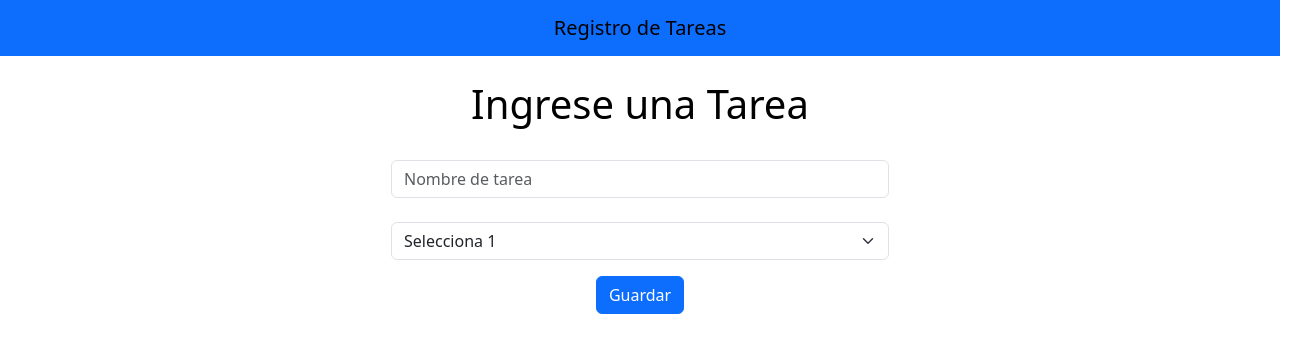
Repository: mgarrido0gb/registroTareas
Page: http://localhost/Tareas/Home
An editor plug-in stored every save of this project. The page is shown before and after the next save, followed by the edit.
The browser window is 1280 px wide. The page is 1292 px wide, so the pictures cover 1292 px, including what lies to the right of the window. The pictures show the whole page.
The page is served by Tomcat 10. Other server files are loaded and not shown. Queries for data that is not in the repository find no rows.

Above is the page before, as saved 2024-05-21 22:29:31.

### Tareas/src/main/webapp/WEB-INF/home.jsp
<%@page import="models.Categoria"%>
<%@page import="models.Tarea"%>
<%@ page language="java" contentType="text/html; charset=ISO-8859-1"
    pageEncoding="ISO-8859-1" import="java.util.ArrayList" import="models.Tarea" import="models.Categoria"%>
<!doctype html>
<html lang="en">
  <head>
    <meta charset="utf-8">
    <meta name="viewport" content="width=device-width, initial-scale=1">
    <title>Registro Tareas</title>
    <link href="https://cdn.jsdelivr.net/npm/bootstrap@5.3.3/dist/css/bootstrap.min.css" rel="stylesheet" integrity="sha384-QWTKZyjpPEjISv5WaRU9OFeRpok6YctnYmDr5pNlyT2bRjXh0JMhjY6hW+ALEwIH" crossorigin="anonymous">
    <style type="text/css">
    	body{
    		background-color: white;
    		color: black;
    	}

    	li{
    		color: black;
    	}







    </style>

  </head>
  <body>
  	<%
  		ArrayList<Categoria> cats = (ArrayList<Categoria>)request.getAttribute("cats");
  		ArrayList<Tarea> tareas = (ArrayList<Tarea>)request.getAttribute("tareas");

  	%>
  	<nav class="navbar navbar-expand-lg bg-primary">
    	<div class="container-fluid">
        	<a class="navbar-brand mx-auto" id="titulo" href="#">Registro de Tareas</a>
    	</div>
	</nav>

    <div class="container">
    	<div class="row justify-content-center">
        	<div class="col-12 col-md-9 col-lg-6">
            	<form action="/Tareas/Home" method="post">
                	<div class="p-4">
                    	<h1 class="text-center">Ingrese una Tarea</h1>
                    	<br>
                    	<div class="form-group">
                        	<input class="form-control" placeholder="Nombre de tarea" name="texto" type="text" required>
                    	</div>
                    	<br>
                    	<div class="col-12">
              				<select class="form-select" name="categoria_id" required>
                				<option selected value required>Selecciona 1</option>
                					<% for (Categoria c: cats) { %>
                						<option value="<%=c.id %>"><%=c.nombre %></option>
                					<% } %>
              				</select>
     					</div>
                    	<div class="text-center mt-3">
                        	<input type="submit" value="Guardar" class="btn btn-primary" onclick="mensaje()">
                    	</div>
                	</div>

            	</form>
        	</div>
    	</div>
	</div>






   <div class="row">
   		<div class="col-6 offset-3 d-block m-auto m-0 p-2 col-md-3">


    			<% for (Tarea t: tareas) { %>
    				<ul class="list-group text-center">
    					<li <% if (t.completada == true){ %>class="text-decoration-line-through text-danger"<% } %> class="list-group-item text-center">
    		 				<h5>Agregada el: <%=t.fecha %></h5>
    		 				<h6 class="text-center">(<%=t.texto%>)</h6>
    		 				<a href="/Tareas/CheckearTarea?id=<%=t.id%>"><img src="https://img.icons8.com/?size=48&id=sz8cPVwzLrMP&format=png" class="logotipo" onclick="check()" ></img></a>
    		 				<a href="/Tareas/GestionTarea?id=<%=t.id%>"><img src="https://img.icons8.com/?size=48&id=pre7LivdxKxJ&format=png" class="logotipo" onclick="eliminar()"></img></a>
    					</li>
    				<br>
    			<%}%>
    		</ul>

   		</div>
   </div>


   <script type="text/javascript">


   	function mensaje(){
   		alert("Tarea Agregada con éxito");
   	}

   	function eliminar(){
   		alert("Tarea eliminada con éxito");
   	}

   	function check(){
   		alert("Tarea Realizada con éxito");
   	}

   </script>
    <script src="https://cdn.jsdelivr.net/npm/bootstrap@5.3.3/dist/js/bootstrap.bundle.min.js" integrity="sha384-YvpcrYf0tY3lHB60NNkmXc5s9fDVZLESaAA55NDzOxhy9GkcIdslK1eN7N6jIeHz" crossorigin="anonymous"></script>
  </body>
</html>

### Tareas/src/main/java/servlets/Home.java
package servlets;

import jakarta.servlet.RequestDispatcher;
import jakarta.servlet.ServletException;
import jakarta.servlet.annotation.WebServlet;
import jakarta.servlet.http.HttpServlet;
import jakarta.servlet.http.HttpServletRequest;
import jakarta.servlet.http.HttpServletResponse;
import models.Categoria;
import models.Tarea;

import java.io.IOException;
import java.sql.SQLException;
import java.util.ArrayList;

import daos.CategoriaDao;
import daos.TareaDao;


/**
 * Servlet implementation class Home
 */
public class Home extends HttpServlet {
	private static final long serialVersionUID = 1L;

    /**
     * Default constructor.
     */
    public Home() {
        // TODO Auto-generated constructor stub
    }

	/**
	 * @throws IOException
	 * @throws ServletException
	 * @see HttpServlet#doGet(HttpServletRequest request, HttpServletResponse response)
	 */
	protected void doGet(HttpServletRequest request, HttpServletResponse response) throws ServletException, IOException  {
		// TODO Auto-generated method stub
		try {
			ArrayList<Tarea> tareas = TareaDao.getAll();
			System.out.println(tareas);
			request.setAttribute("tareas", tareas);

			ArrayList<Categoria> cats = CategoriaDao.getAll();
			request.setAttribute("cats", cats);
		} catch(SQLException e) {
			System.out.println(e);
		}


		// 2. Cargamos el JSP
		RequestDispatcher vista = request.getRequestDispatcher("WEB-INF/home.jsp");
		vista.forward(request, response);
	}

	/**
	 * @see HttpServlet#doPost(HttpServletRequest request, HttpServletResponse response)
	 */
	protected void doPost(HttpServletRequest request, HttpServletResponse response) throws ServletException, IOException {
		// TODO Auto-generated method stub
		String textoNuevaTarea = request.getParameter("texto");
		int categoria_id = Integer.parseInt(request.getParameter("categoria_id"));
		try {
			TareaDao.addNew(textoNuevaTarea,categoria_id);

		} catch (SQLException e) {
			// TODO Auto-generated catch block
			e.printStackTrace();
		}


		response.sendRedirect("/Tareas/Home");
	}

}

### Tareas/src/main/java/daos/TareaDao.java
package daos;

import java.sql.Connection;
import java.sql.PreparedStatement;
import java.sql.ResultSet;
import java.sql.SQLException;
import java.sql.Statement;
import java.util.ArrayList;

import models.Categoria;
import models.MyConn;
import models.Tarea;

public class TareaDao {

	static public void addNew(String textoNuevaTarea, int categoria_id) throws SQLException {
		//1.-  nueva conexion
		Connection conn = MyConn.getConnection();
		//2.- consulta
		PreparedStatement consulta =conn.prepareStatement("INSERT INTO TAREAS (texto,categoria_id) values(?,?)");
		consulta.setString(1, textoNuevaTarea);
		consulta.setInt(2, categoria_id);
		consulta.execute();
	}

	static public void deleteById (int idTarea) throws SQLException {
		// 1. Pedimos una conexion nueva
		Connection conn = MyConn.getConnection();
		// 2. Creamos la consulta
		PreparedStatement stmt = conn.prepareStatement(
			"delete from tareas where id=?"
		);
		stmt.setInt(1, idTarea);
		// 3. Ejecutar la stmt
		stmt.executeUpdate();
	  }

	static public void checkById (int idTarea) throws SQLException {
		// 1. Pedimos una conexion nueva
		Connection conn = MyConn.getConnection();
		// 2. Creamos la consulta
		PreparedStatement stmt = conn.prepareStatement(
			"update tareas set completada = true where id = ?"
		);
		stmt.setInt(1, idTarea);
		// 3. Ejecutar la stmt
		stmt.executeUpdate();
	  }





	static public ArrayList<String> get_textos () throws SQLException {
		// 1. Creamos un ArrayList vacío
		ArrayList<String> textos = new ArrayList<String>();
		// 2. Pedimos una conección nueva
		Connection conn = MyConn.getConnection();
		// 3. Creamos y ejecutamos la consulta
		Statement consulta = conn.createStatement();
		ResultSet respuesta = consulta.executeQuery("select * from tareas ");

		// 4. Vamos llenando el ArrayList con lo que tenga la respuesta
		while (respuesta.next()) {
		  textos.add( respuesta.getString("texto") );
		}
		// 5. Retornamos el ArrayList, ahora lleno
		return textos;
	  }



	static public ArrayList<Tarea> getAll () throws SQLException {
		// 1. Creamos un ArrayList vacío
		ArrayList<Tarea> tareas = new ArrayList<Tarea>();
		// 2. Pedimos una conección nueva
		Connection conn = MyConn.getConnection();
		// 3. Creamos y ejecutamos la consulta
		Statement consulta = conn.createStatement();
		ResultSet respuesta = consulta.executeQuery("select * from tareas");

		// 4. Vamos llenando el ArrayList con lo que tenga la respuesta
		while (respuesta.next()) {
			Tarea t = new Tarea(
					respuesta.getInt("id"),
					respuesta.getString("texto"),
					respuesta.getBoolean("completada"),
					respuesta.getDate("fecha")


			);
		  tareas.add(t);
		}
		return tareas;
	  }
}

### Tareas/src/main/java/models/MyConn.java
package models;

import java.sql.Connection;
import java.sql.DriverManager;
import java.sql.SQLException;

public class MyConn {
	static final String URL = "jdbc:postgresql://localhost/ejemplo_dao";
	static final String USER = "postgres";
	static final String PASSWORD = "12345";
	static final String DRIVER = "org.postgresql.Driver";

	static public Connection conn = null;

    static public Connection getConnection () {
      if (conn != null) {
        return conn;
      }
      try {
    	Class.forName(DRIVER);
    	conn = (Connection) DriverManager.getConnection(URL, USER, PASSWORD);
      }
      catch (ClassNotFoundException | SQLException e) {
    	e.printStackTrace();
      }
      return conn;
    }
}

### Tareas/src/main/java/daos/CategoriaDao.java
package daos;

import java.sql.Connection;
import java.sql.ResultSet;
import java.sql.SQLException;
import java.sql.Statement;
import java.util.ArrayList;

import models.Categoria;
import models.MyConn;


public class CategoriaDao {
	static public ArrayList<Categoria> getAll () throws SQLException {
		// 1. Creamos un ArrayList vacío
				ArrayList<Categoria> categorias = new ArrayList<Categoria>();
				// 2. Pedimos una conección nueva
				Connection conn = MyConn.getConnection();
				// 3. Creamos y ejecutamos la consulta
				Statement consulta = conn.createStatement();
				ResultSet respuesta = consulta.executeQuery("select * from categorias order by id");

				// 4. Vamos llenando el ArrayList con lo que tenga la respuesta
				while (respuesta.next()) {
				  Categoria t = new Categoria(
					respuesta.getInt("id"),
					respuesta.getString("nombre")
				  );
				  categorias.add( t );
				}
			  // 5. Retornamos el ArrayList, ahora lleno
			  return categorias;
}}

After the next save:
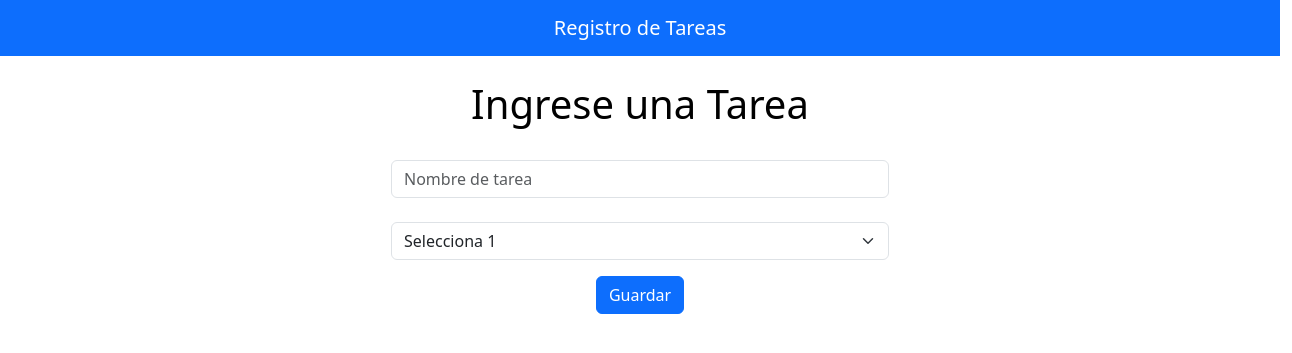
Saved 20 s later.
--- a/Tareas/src/main/webapp/WEB-INF/home.jsp
+++ b/Tareas/src/main/webapp/WEB-INF/home.jsp
@@ -19,6 +19,9 @@
     		color: black;
     	}
 
+    	#titulo{
+    		color: white;
+    	}
 
 
 
